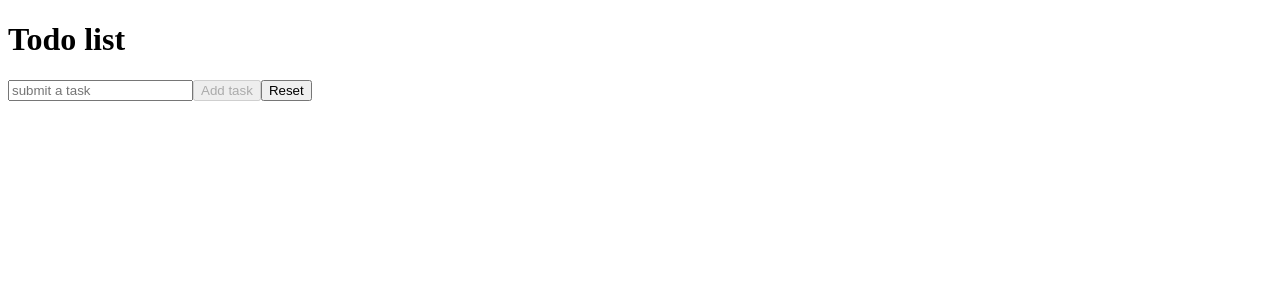
Repository: Ylan-sayada/todo-list
Page: /
The author's editor kept a copy of each file at every save. The page is drawn from the files as they stood at one save, then again after the next save.
The browser window is 1280 px wide. The pictures show the whole page.
The project was rebuilt for these pictures with package versions that can differ from the ones it lists, and the page was loaded fresh each time.

Above is the page before, as saved 2021-05-28 15:46:44.

After the next save:
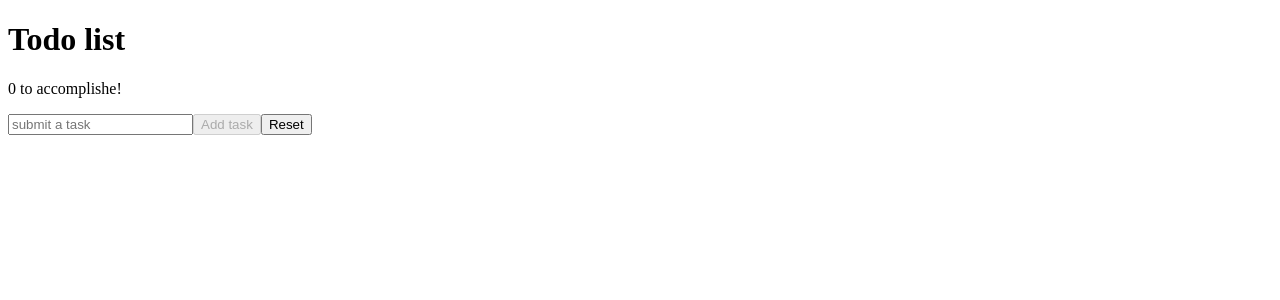
Saved 2 min 34 s later.
--- a/src/components/TodoContainer.jsx
+++ b/src/components/TodoContainer.jsx
@@ -37,6 +37,7 @@ export default function TodoContainer() {
     console.log(tasks);
     return (
         <div>
+        <p>{tasks.filter(el => !el.isAccomplished).length} to accomplishe!</p>
        <TodoInput resetHandler={reset} addItemHandler={addItem}/>
        <TodoContent del={deleteItem} taskList={tasks}/>
         </div>
